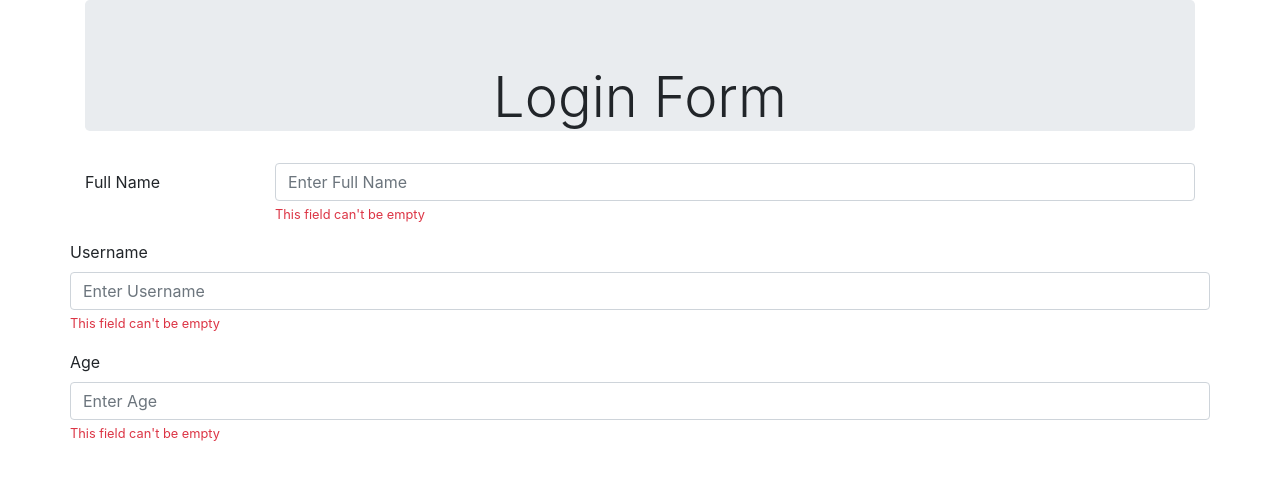
Repository: amar468S/Ng-templateDrivenForm
Page: /
The author's editor kept a copy of each file at every save. The page is drawn from the files as they stood at one save, then again after the next save.
The browser window is 1280 px wide. The pictures show the whole page.
Some web libraries are served in a nearby version. The project was rebuilt for these pictures with package versions that can differ from the ones it lists, and the page was loaded fresh each time. Also part of the build but not shown: angular.json.

Above is the page before, as saved 2019-02-03 15:49:18.

After the next save:
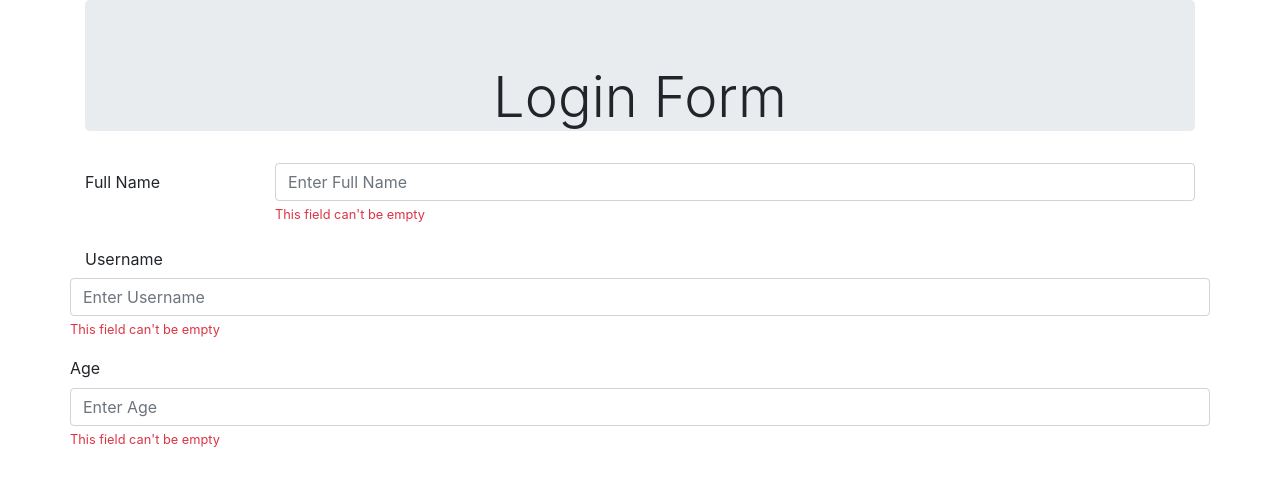
Saved 22 s later.
--- a/src/app/app.component.html
+++ b/src/app/app.component.html
@@ -12,7 +12,7 @@
           </div>
       </div>
       <div class="form-group row">
-          <label>Username</label>
+          <label class="col-sm-2 col-form-label">Username</label>
           <input type="text" class="form-control" placeholder="Enter Username">
           <small class="form-text text-danger">This field can't be empty</small>
       </div>
